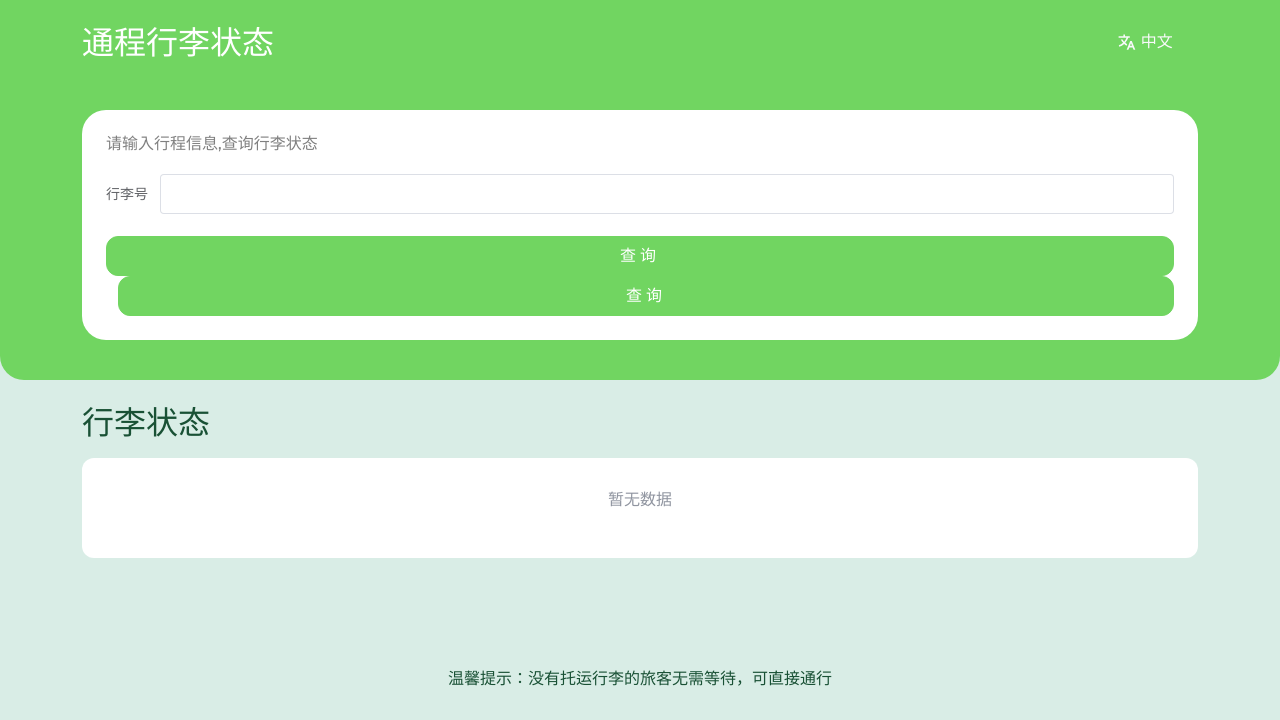
Repository: jhonMacTavish/through-baggage-web
Page: /
An editor plug-in stored every save of this project. The page is shown before and after the next save, followed by the edit.
The browser window is 1280 px wide. The pictures show the whole page.
The project was rebuilt for these pictures with package versions that can differ from the ones it lists, and the page was loaded fresh each time. Also part of the build but not shown: vite.config.js, src/components/Main copy.vue, src/components/Main.vue, src/components/NavBar.vue, src/components/Scanner.vue, src/views/Scanner.vue. Imported but missing from the stored project, and not drawn on this page: src/assets/icons/GlobeIcon.vue, src/assets/icons/LogoIcon.vue, src/assets/icons/ProfileIcon.vue, src/assets/icons/QuestionIcon.vue.

Above is the page before, as saved 2025-02-28 12:24:35.

### index.html
<!--
 * @Author: error: error: git config user.name & please set dead value or install git && error: git config user.email & please set dead value or install git & please set dead value or install git
 * @Date: 2025-02-23 17:18:54
 * @LastEditors: jhon.mactavish96 jhon.mactavish96@gmail.com
 * @LastEditTime: 2025-02-26 14:51:23
 * @FilePath: \through_baggage_webt:\Projects\VS Code\vue-bootstrap-master\index.html
 * @Description: 这是默认设置,请设置`customMade`, 打开koroFileHeader查看配置 进行设置: https://github.com/OBKoro1/koro1FileHeader/wiki/%E9%85%8D%E7%BD%AE
-->
<!doctype html>
<html lang="en">
  <head>
    <meta charset="UTF-8" />
    <!-- <link rel="icon" type="image/svg+xml" href="/vite.svg" /> -->
    <meta name="viewport" content="width=device-width, initial-scale=1.0, maximum-scale=1.0 user-scalable=0" />
    <title>through baggage web</title>
  </head>
  <body>
    <div id="app" style="min-width: 375px;"></div>
    <script type="module" src="/src/main.js"></script>
  </body>
</html>

### src/main.js
/*
 * @Author: error: error: git config user.name & please set dead value or install git && error: git config user.email & please set dead value or install git & please set dead value or install git
 * @Date: 2025-02-23 17:18:54
 * @LastEditors: jhon.mactavish96 jhon.mactavish96@gmail.com
 * @LastEditTime: 2025-02-24 20:18:29
 * @FilePath: \through_baggage_webt:\Projects\VS Code\vue-bootstrap-master\src\main.js
 * @Description: 这是默认设置,请设置`customMade`, 打开koroFileHeader查看配置 进行设置: https://github.com/OBKoro1/koro1FileHeader/wiki/%E9%85%8D%E7%BD%AE
 */
import { createApp } from 'vue';
import router from './router';
// import PrimeVue from 'primevue/config';
// import AnimateOnScroll from 'primevue/animateonscroll';

// Import all of Bootstrap's CSS
import "bootstrap/dist/css/bootstrap.css";
// import 'primevue/resources/themes/aura-light-green/theme.css'
import './style.css';
import App from './App.vue';
import i18n from './i18n';


const app = createApp(App);

app.use(i18n);
app.use(router)
// app.use(PrimeVue);
// app.directive('animateonscroll', AnimateOnScroll);
app.mount('#app');

import 'bootstrap/dist/js/bootstrap';

### src/router/index.js
/*
 * @Author: jhon.mactavish96 jhon.mactavish96@gmail.com
 * @Date: 2025-02-24 19:48:52
 * @LastEditors: jhon.mactavish96 jhon.mactavish96@gmail.com
 * @LastEditTime: 2025-02-24 20:41:52
 * @FilePath: \sheepnavigationt:\Projects\VS Code\vue-bootstrap-master\src\router\index.js
 * @Description: 这是默认设置,请设置`customMade`, 打开koroFileHeader查看配置 进行设置: https://github.com/OBKoro1/koro1FileHeader/wiki/%E9%85%8D%E7%BD%AE
 */
import { createRouter, createWebHistory } from 'vue-router'
// 导入组件
import Home from '../views/Home.vue'
import Scanner from '../views/Scanner.vue'

const routes = [
  { path: '/', name: 'Home', component: Home, meta: { keepAlive: true} },
  { path: '/scanner', name: 'Scanner', component: Scanner, meta: { keepAlive: false} }
]

const router = createRouter({
  history: createWebHistory(),
  routes,
})

export default router

### src/style.css
@import url('https://fonts.googleapis.com/css2?family=Montserrat:ital,wght@0,100..900;1,100..900&display=swap');

* {
  margin: 0;
  padding: 0;
  box-sizing: border-box;
}

body {
    font-family: "Montserrat", sans-serif;
    background-color: #D9EDE6;
}

#app{
  position: relative;
  height: 100vh;
}

### src/App.vue
<!--
 * @Author: error: error: git config user.name & please set dead value or install git && error: git config user.email & please set dead value or install git & please set dead value or install git
 * @Date: 2025-02-23 17:18:54
 * @LastEditors: jhon.mactavish96 jhon.mactavish96@gmail.com
 * @LastEditTime: 2025-02-24 20:18:56
 * @FilePath: \through_baggage_webt:\Projects\VS Code\vue-bootstrap-master\src\App.vue
 * @Description: 这是默认设置,请设置`customMade`, 打开koroFileHeader查看配置 进行设置: https://github.com/OBKoro1/koro1FileHeader/wiki/%E9%85%8D%E7%BD%AE
-->
<script setup>
import Home from "./views/Home.vue";
</script>

<template>
    <router-view></router-view>
</template>

<style scoped></style>

### src/i18n/index.js
/*
 * @Author: error: error: git config user.name & please set dead value or install git && error: git config user.email & please set dead value or install git & please set dead value or install git
 * @Date: 2025-02-24 00:19:55
 * @LastEditors: error: error: git config user.name & please set dead value or install git && error: git config user.email & please set dead value or install git & please set dead value or install git
 * @LastEditTime: 2025-02-24 00:49:13
 * @FilePath: \through_baggage_webt:\Projects\VS Code\vue-bootstrap-master\src\i18n\index.js
 * @Description: 这是默认设置,请设置`customMade`, 打开koroFileHeader查看配置 进行设置: https://github.com/OBKoro1/koro1FileHeader/wiki/%E9%85%8D%E7%BD%AE
 */
import { createI18n } from 'vue-i18n';
import messages from './messages';

const i18n = createI18n({
    legacy: false,
    locale: localStorage.getItem('lang') || 'zh',
    messages,
});

export default i18n;

### src/views/Home.vue
<!--
 * @Author: error: error: git config user.name & please set dead value or install git && error: git config user.email & please set dead value or install git & please set dead value or install git
 * @Date: 2025-02-23 20:06:20
 * @LastEditors: john_mactavish 981192661@qq.com
 * @LastEditTime: 2025-02-28 12:24:35
 * @FilePath: \through_baggage_webt:\Projects\VS Code\vue-bootstrap-master\src\components\Main.vue
 * @Description: 这是默认设置,请设置`customMade`, 打开koroFileHeader查看配置 进行设置: https://github.com/OBKoro1/koro1FileHeader/wiki/%E9%85%8D%E7%BD%AE
-->
<template>
  <section class="p-4 pb-3 bg-green">
    <div class="container d-flex justify-content-between align-items-center">
      <!-- <h2 class="text-center text-white" :style="`font-size: ${locale == 'en'? '16px': ''}`" >{{$t('messages.prompText.pageTitle')}}</h2> -->
      <h2 v-if="locale == 'zh'" class="text-center text-white">
        {{ $t("messages.prompText.pageTitle") }}
      </h2>
      <h6 v-else class="text-center text-white">
        {{ $t("messages.prompText.pageTitle") }}
      </h6>
      <div class="select-group">
        <el-dropdown size="large" trigger="click" style="margin: 2px 0 0 4px; font-size: 16px">
          <span class="el-dropdown-link text-light">
            <svg data-v-f414ea64="" viewBox="0 0 24 24" width="1.2em" height="1.2em">
              <path fill="currentColor"
                d="m18.5 10l4.4 11h-2.155l-1.201-3h-4.09l-1.199 3h-2.154L16.5 10h2zM10 2v2h6v2h-1.968a18.222 18.222 0 0 1-3.62 6.301a14.864 14.864 0 0 0 2.336 1.707l-.751 1.878A17.015 17.015 0 0 1 9 13.725a16.676 16.676 0 0 1-6.201 3.548l-.536-1.929a14.7 14.7 0 0 0 5.327-3.042A18.078 18.078 0 0 1 4.767 8h2.24A16.032 16.032 0 0 0 9 10.877a16.165 16.165 0 0 0 2.91-4.876L2 6V4h6V2h2zm7.5 10.885L16.253 16h2.492L17.5 12.885z">
              </path>
            </svg>
            {{ $t(`messages.langs.${locale}`) }}
            <el-icon class="el-icon--right">
              <i-ep-Arrow-down />
            </el-icon>
          </span>
          <template #dropdown>
            <el-dropdown-menu>
              <el-dropdown-item @click="changeLang('zh')">中文</el-dropdown-item>
              <el-dropdown-item @click="changeLang('en')">English</el-dropdown-item>
            </el-dropdown-menu>
          </template>
        </el-dropdown>
      </div>
    </div>
  </section>

  <section class="p-4 bg-green rd-form">
    <div class="container">
      <div class="p-4 form-bg">
        <h6 class="form-title">{{ $t("messages.userText.formTitle") }}</h6>
        <el-form ref="ruleFormRef" :model="ruleForm" status-icon :rules="rules" label-width="auto">
          <!-- <el-form-item
            class="item-marginBt"
            size="large"
            :label="$t('messages.userText.formInfo.passportNo')"
            prop="pptNo"
          >
            <el-input
              v-model="ruleForm.pptNo"
              maxlength="9"
              :formatter="(value) => value.toUpperCase()"
            >
              <template #prefix>
                <i-ep-Postcard />
              </template>
            </el-input>
          </el-form-item>
          <el-form-item
            class="item-marginBt"
            size="large"
            :label="$t('messages.userText.formInfo.flightNo')"
            prop="fltNo"
          >
            <el-input
              v-model="ruleForm.fltNo"
              maxlength="6"
              :formatter="(value) => value.toUpperCase()"
            >
              <template #prefix>
                <i-ep-Calendar />
              </template>
            </el-input>
          </el-form-item>
          <el-form-item
            class="item-marginBt"
            size="large"
            :label="$t('messages.userText.formInfo.seatNo')"
            prop="setNo"
          >
            <el-input
              v-model="ruleForm.setNo"
              maxlength="4"
              :formatter="(value) => value.toUpperCase()"
            >
              <template #prefix>
                <i-ep-PriceTag />
              </template>
            </el-input>
          </el-form-item> -->
          <el-form-item class="item-marginBt" size="large" :label="$t('messages.userText.formInfo.baggageNo')"
            prop="bagNo">
            <el-input v-model="ruleForm.bagNo" maxlength="10" :formatter="(value) => value.toUpperCase()">
              <template #prefix>
                <i-ep-Suitcase />
              </template>
              <template #suffix>
                <i-ep-FullScreen @click="openScan" />
              </template>
            </el-input>
          </el-form-item>
          <el-form-item size="large">
            <el-button :class="`w-100 ${!clickable?'submitBtn':''}`" :disabled="clickable" type="primary" @click="submitForm(ruleFormRef)"
              @keyup.enter.native="submitForm(ruleFormRef)">
              <text :style="`
    letter-spacing: ${locale == 'zh' ? '4px' : ''};`">{{ $t("messages.userText.formButton") }} {{ !clickable ? '' : `
                ${secondes} s` }}</text>
            </el-button>
            <el-button class="w-100 submitBtn" :disabled="clickable" @click="submitForm(ruleFormRef)"
              @keyup.enter.native="submitForm(ruleFormRef)">
              <text :style="`
    letter-spacing: ${locale == 'zh' ? '4px' : ''};`">{{ $t("messages.userText.formButton") }}</text>
            </el-button>
          </el-form-item>
        </el-form>
      </div>
    </div>
  </section>

  <section class="p-4 flex1">
    <div class="container">
      <h2 v-if="locale == 'zh'" class="info-title mb-3">
        {{ $t("messages.baggageText.stateTitle") }}
      </h2>
      <h6 v-else class="info-title mb-3">
        {{ $t("messages.baggageText.stateTitle") }}
      </h6>
      <div class="info-content p-4 d-flex justify-content-center align-items-center">
        <p :class="`text-center ${bagStyle}`">
          {{ $t(`messages.baggageText.stateInfo.${bagStat}.str1`) }}<br /><span class="attention">{{
            $t(`messages.baggageText.stateInfo.${bagStat}.str2`) }}</span>
        </p>
      </div>
    </div>
  </section>

  <footer class="p-4 text-center w-100">
    <div class="container">
      <h6>{{ $t("messages.prompText.pageFooter") }}</h6>
    </div>
  </footer>
  <!-- <Scanner/> -->
</template>

<script lang="ts" setup>
// import Scanner from "./Scanner.vue";
import { useRoute, useRouter } from "vue-router";
import { onBeforeMount, onMounted, reactive, ref } from "vue";
import type { FormInstance, FormRules } from "element-plus";
import axios from "axios";
import { useI18n } from "vue-i18n";
import { watch } from 'vue';
// 在调用 ElMessage 的组件中添加样式导入
import 'element-plus/es/components/message/style/css'
import { ElMessage } from 'element-plus'

const route = useRoute();
const router = useRouter();
const { locale, t } = useI18n();
const ruleFormRef = ref<FormInstance>();
const bagStat = ref(0);
const bagStyle = ref("");
const clickable = ref(false);
const secondes = ref(5);
let timer = ref(0);

const changeLang = (type: string) => {
  console.log(type);
  locale.value = type;
  localStorage.setItem("lang", type);

  rules.pptNo[0].validator = createValidator(
    /^[G|E|P|S|D|C]\d{8}$/,
    t("messages.userText.validateText.passportNo")
  );
  rules.fltNo[0].validator = createValidator(
    /^[A-Z]{2}\d{3,4}$/,
    t("messages.userText.validateText.flightNo")
  );
  rules.setNo[0].validator = createValidator(
    /^\d{1,3}[A-Z]$/,
    t("messages.userText.validateText.seatNo")
  );
  rules.bagNo[0].validator = createValidator(
    /^\d{10}$/,
    t("messages.userText.validateText.baggageNo")
  );
};

// 表单验证规则
const createValidator = (pattern: RegExp, errorMsg: string) => {
  return (_rule: any, value: string, callback: any) => {
    if (!pattern.test(value)) {
      callback(new Error(errorMsg));
    } else {
      callback();
    }
  };
};

const ruleForm = reactive({
  pptNo: "",
  fltNo: "",
  setNo: "",
  bagNo: "",
});

const rules: FormRules<typeof ruleForm> = {
  pptNo: [
    {
      validator: createValidator(
        /^[G|E|P|S|D|C]\d{8}$/,
        t("messages.userText.validateText.passportNo")
      ),
      trigger: "blur",
    },
  ],
  fltNo: [
    {
      validator: createValidator(
        /^[A-Z]{2}\d{3,4}$/,
        t("messages.userText.validateText.flightNo")
      ),
      trigger: "blur",
    },
  ],
  setNo: [
    {
      validator: createValidator(
        /^\d{1,3}[A-Z]$/,
        t("messages.userText.validateText.seatNo")
      ),
      trigger: "blur",
    },
  ],
  bagNo: [
    {
      validator: createValidator(
        /^\d{10}$/,
        t("messages.userText.validateText.baggageNo")
      ),
      trigger: "blur",
    },
  ],
};

const btnClickable = () => {
  clickable.value = true;

  timer.value = setInterval(() => {
    secondes.value -= 1;

    if (secondes.value === 0) {
      clickable.value = false;
      secondes.value = 5;
      clearInterval(timer.value);
    }
  }, 1000);
}

const submitForm = async (formEl: FormInstance | undefined) => {
  if (!formEl) return;
  try {
    const valid = await formEl.validate();
    if (valid) {
      const { bagNo } = ruleForm;
      const params = { bagNo };
      btnClickable();

      await axios.get("/api/baggages/status", { params }).then((res) => {
        console.log(res.data);
        const data = res.data;

        if (data.status === 200) {
          const status = data.data;
          switch (status.baggageusStatus) {
            case 'SAFE':
              bagStat.value = 1;
              break;
            case 'NO_BAGGAGE':
              bagStat.value = 2;
              break;
            case 'NO_RESULT':
              bagStat.value = 3;
              break;
            case 'PROCESSING':
              bagStat.value = 4;
              break;
            default:
              break;
          }

          switch (status.passStatus) {
            case 'PASS':
              bagStyle.value = "pass";
              break;
            case 'WAIT':
              bagStyle.value = "wait";
              break;
            default:
              break;
          }
        } else {
          bagStyle.value = "wait";
          bagStat.value = 5;
        }
      });
    }
  } catch (error) {
    console.log("axios failed");
    console.log('错误详情:', error);
    ElMessage.error('server error');
  }
};

const openScan = () => {
  console.log("openScan");
  router.push('/scanner');
};

watch(
  () => route.query.bagNo,
  (newVal) => {
    if (newVal) ruleForm.bagNo = newVal as string;
  }
);

onBeforeMount(() => { });

onMounted(() => {
  console.log(route.query.bagNo);
  if (route.query.bagNo) {
    ruleForm.bagNo = route.query.bagNo as string;
  }
});
</script>

<style lang="less" scoped>
.pass {
  color: #71d561;
}

.wait {
  color: #f5a623;
}

.bg-green {
  background-color: #71d561;
}

.rd-form {
  padding-bottom: 40px !important;
  border-bottom-left-radius: 24px;
  border-bottom-right-radius: 24px;
}

.item-marginBt {
  // margin-bottom: 20px;
}

.el-form-item:last-child {
  margin: 0;
}

.form-bg {
  background-color: white;
  border-radius: 24px;

  .form-title {
    color: gray;
    margin-bottom: 20px;
  }
}

.submitBtn {
  border-radius: 12px;
  color: white;
  background-color: #71d561;
  border: solid 1px #71d561;

  text {
    font-size: 16px;
  }
}

.disabled{
  background-color: #8fb888;
}

.info-title {
  color: #195135;
  // font-size: 24px;
}

.info-content {
  width: 100%;
  height: 100px;
  border-radius: 12px;
  font-size: 16px;
  color: #9095a0;
  background-color: white;

  .attention {
    font-size: 24px;
    font-weight: bold;
  }
}

.select-group {
  position: relative;
  top: -4px;
  color: white;
  // font-weight: bold;
  // top: 20px;
  // right: 0;
}

.flex1 {
  flex: 1;
}

footer {
  position: absolute;
  bottom: 0;
  color: #195135;
}
</style>

### src/i18n/messages.js
/*
 * @Author: error: error: git config user.name & please set dead value or install git && error: git config user.email & please set dead value or install git & please set dead value or install git
 * @Date: 2025-02-24 00:48:16
 * @LastEditors: error: error: git config user.name & please set dead value or install git && error: git config user.email & please set dead value or install git & please set dead value or install git
 * @LastEditTime: 2025-02-24 01:03:11
 * @FilePath: \through_baggage_webt:\Projects\VS Code\vue-bootstrap-master\src\i18n\messages.js
 * @Description: 这是默认设置,请设置`customMade`, 打开koroFileHeader查看配置 进行设置: https://github.com/OBKoro1/koro1FileHeader/wiki/%E9%85%8D%E7%BD%AE
 */
import zh from './langs/zh';
import en from './langs/en';

export default {
    zh,
    en,
};

### src/i18n/langs/zh.js
/*
 * @Author: error: error: git config user.name & please set dead value or install git && error: git config user.email & please set dead value or install git & please set dead value or install git
 * @Date: 2025-02-24 00:23:07
 * @LastEditors: jhon.mactavish96 jhon.mactavish96@gmail.com
 * @LastEditTime: 2025-02-26 17:30:40
 * @FilePath: \through_baggage_webt:\Projects\VS Code\vue-bootstrap-master\src\i18n\langs\zh.js
 * @Description: 这是默认设置,请设置`customMade`, 打开koroFileHeader查看配置 进行设置: https://github.com/OBKoro1/koro1FileHeader/wiki/%E9%85%8D%E7%BD%AE
 */
export default {
  messages: {
    langs: {
      en: "English",
      zh: "中文",
    },

    prompText: {
      switchLang: "切换语言",
      pageTitle: "通程行李状态",
      pageFooter: "温馨提示：没有托运行李的旅客无需等待，可直接通行",
    },

    baggageText: {
      stateTitle: "行李状态",
      stateInfo: {
        0: { str1: "暂无数据", str2: "" },
        1: { str1: "您的行李已确认安全，", str2: "请通行" },
        2: { str1: "您没有托运行李，", str2: "请通行" },
        3: { str1: "请联系航空公司工作人员协助处理", str2: "" },
        4: { str1: "您的行李尚未完全通过检查，", str2: "请耐心等待" },
        5: { str1: "未查询到行李信息，\n请核实条码号是否正确", str2: "" },
      },
    },

    userText: {
      formTitle: "请输入行程信息,查询行李状态",
      formInfo: {
        passportNo: "护照号",
        flightNo: "航班号",
        seatNo: "座位号",
        baggageNo: "行李号"
      },
      validateText: {
        passportNo: "请输入正确的护照号",
        flightNo: "请输入正确的航班号",
        seatNo: "请输入正确的座位号",
        baggageNo: "请输入正确的行李号"
      },
      formButton: "查询",
    },
  },
};

### src/i18n/langs/en.js
/*
 * @Author: error: error: git config user.name & please set dead value or install git && error: git config user.email & please set dead value or install git & please set dead value or install git
 * @Date: 2025-02-24 00:23:07
 * @LastEditors: john_mactavish 981192661@qq.com
 * @LastEditTime: 2025-02-25 21:44:23
 * @FilePath: \through_baggage_webt:\Projects\VS Code\vue-bootstrap-master\src\i18n\langs\zh.js
 * @Description: 这是默认设置,请设置`customMade`, 打开koroFileHeader查看配置 进行设置: https://github.com/OBKoro1/koro1FileHeader/wiki/%E9%85%8D%E7%BD%AE
 */
export default {
  messages: {
    langs: {
      en: "English",
      zh: "中文",
    },

    prompText: {
      switchLang: "Switch language",
      pageTitle: "Through baggage status",
      pageFooter: "Tips: Passengers without checked baggage can pass directly without waiting",
    },

    baggageText: {
      stateTitle: "Baggage status",
      stateInfo: {
        0: { str1: "No data", str2: "" },
        1: { str1: "Your luggage has been confirmed safe,", str2: "Please pass" },
        2: { str1: "You have no checked baggage,", str2: "Please pass" },
        3: { str1: "Please contact the airline staff for assistance", str2: "" },
        4: { str1: "Your baggage has not yet been fully screened,", str2: "Please wait" },
        5: { str1: "No baggage information was found, please verify the baggage No.", str2: "" },
      },
    },

    userText: {
      formTitle: "Please enter your itinerary information to check your luggage status",
      formInfo: {
        passportNo: "Passport No.",
        flightNo: "Flight No.",
        seatNo: "Seat No.",
        baggageNo: "BAG No."
      },
      validateText: {
        passportNo: "Enter your passport No.",
        flightNo: "Enter your flight No.",
        seatNo: "Enter your seat No.",
        baggageNo: "Enter your baggage No."
      },
      formButton: "Submit",
    },
  },
};

After the next save:
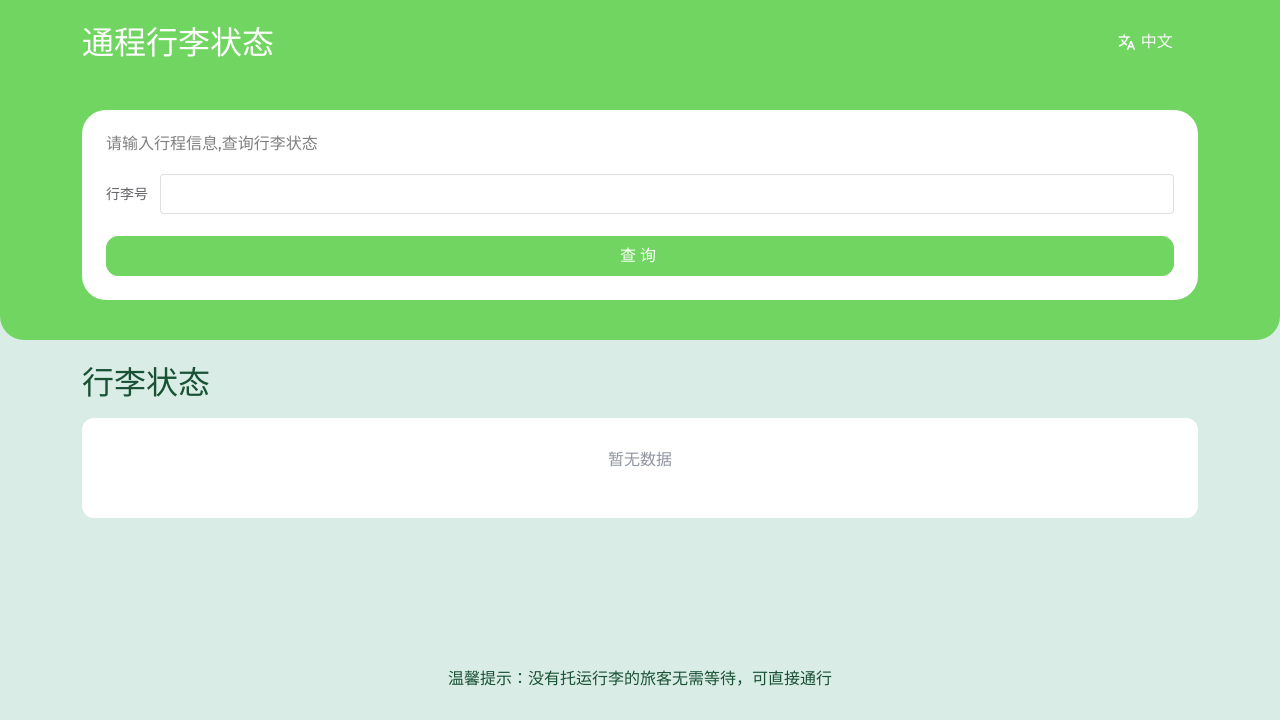
Saved 22 s later.
--- a/src/views/Home.vue
+++ b/src/views/Home.vue
@@ -111,11 +111,6 @@
     letter-spacing: ${locale == 'zh' ? '4px' : ''};`">{{ $t("messages.userText.formButton") }} {{ !clickable ? '' : `
                 ${secondes} s` }}</text>
             </el-button>
-            <el-button class="w-100 submitBtn" :disabled="clickable" @click="submitForm(ruleFormRef)"
-              @keyup.enter.native="submitForm(ruleFormRef)">
-              <text :style="`
-    letter-spacing: ${locale == 'zh' ? '4px' : ''};`">{{ $t("messages.userText.formButton") }}</text>
-            </el-button>
           </el-form-item>
         </el-form>
       </div>
